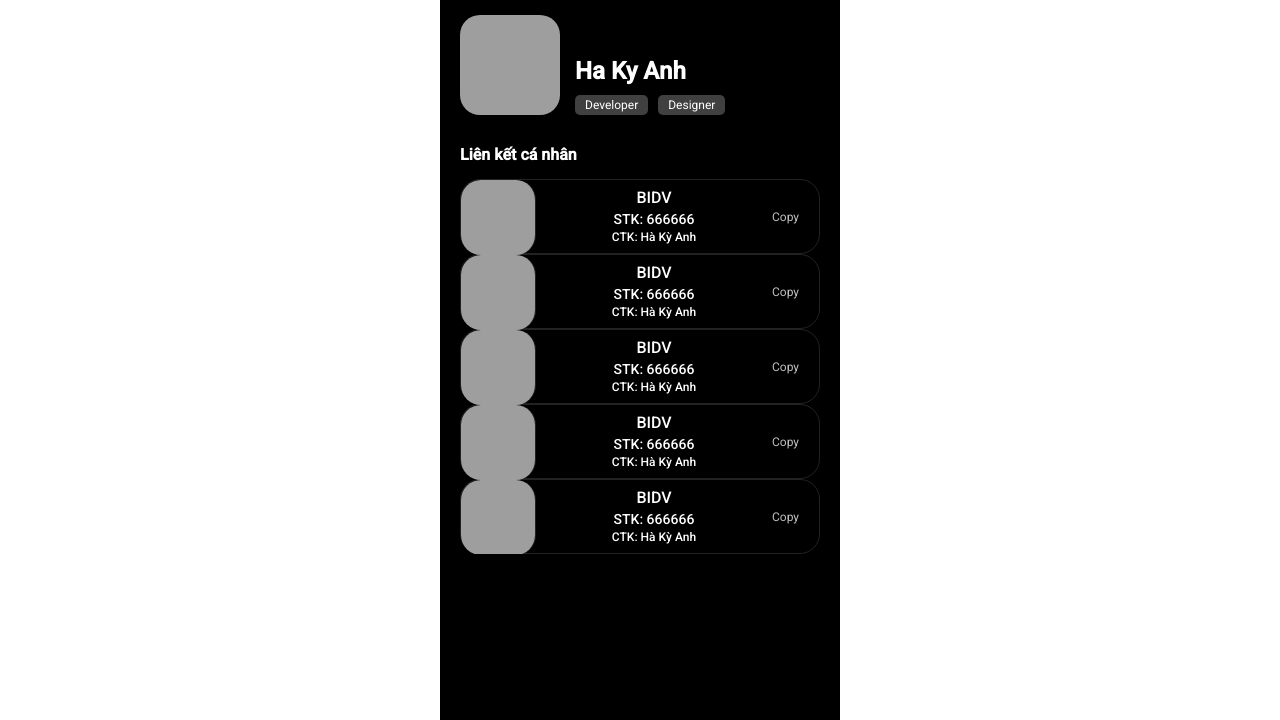
Repository: yzarc204/nguyen-tien-viet-hoang
Page: thong-tin-thanh-toan/index.html
These files come from the project's save history. The page is drawn as it stood at one moment and after the next save; the edit follows.
The browser window is 1280 px wide. The pictures show the whole page.
Pictures or frames that could not be fetched are drawn as grey boxes.

Above is the page before, as saved 2021-09-27 11:01:44.

### thong-tin-thanh-toan/index.html
<!DOCTYPE html>
<html lang="en">
<head>
    <meta charset="UTF-8">
    <meta http-equiv="X-UA-Compatible" content="IE=edge">
    <meta name="viewport" content="width=device-width, initial-scale=1.0">
    <title>Personal Card</title>
    <!-- Google Fonts -->
    <link rel="preconnect" href="https://fonts.googleapis.com">
    <link rel="preconnect" href="https://fonts.gstatic.com" crossorigin>
    <link href="https://fonts.googleapis.com/css2?family=Roboto:wght@300;400;500&display=swap" rel="stylesheet">
    <!-- CSS -->
    <link rel="stylesheet" href="./public/css/index.css">
</head>
<body>
    <div class="container">
        <div class="profile-header">
            <img alt="Avatar"
                src="https://source.unsplash.com/random"
                class="profile-avatar">
            <div class="profile-info">
                <h4 class="profile-name">Ha Ky Anh</h4>
                <div class="skills">
                    <div class="skill-tag">Developer</div>
                    <div class="skill-tag">Designer</div>
                </div>
            </div>
        </div>
        <h4 class="title">Liên kết cá nhân</h4>
        <div class="banks">
            <div class="bank">
                <img src="https://source.unsplash.com/random" class="bank-logo">
                <div class="bank-info">
                    <p class="bank-name">BIDV</p>
                    <p class="bank-number">STK: 666666</p>
                    <p class="bank-owner">CTK: Hà Kỳ Anh</p>
                </div>
                <span class="btn-copy">Copy</span>
            </div>
            <div class="bank">
                <img src="https://source.unsplash.com/random" class="bank-logo">
                <div class="bank-info">
                    <p class="bank-name">BIDV</p>
                    <p class="bank-number">STK: 666666</p>
                    <p class="bank-owner">CTK: Hà Kỳ Anh</p>
                </div>
                <span class="btn-copy">Copy</span>
            </div>
            <div class="bank">
                <img src="https://source.unsplash.com/random" class="bank-logo">
                <div class="bank-info">
                    <p class="bank-name">BIDV</p>
                    <p class="bank-number">STK: 666666</p>
                    <p class="bank-owner">CTK: Hà Kỳ Anh</p>
                </div>
                <span class="btn-copy">Copy</span>
            </div>
            <div class="bank">
                <img src="https://source.unsplash.com/random" class="bank-logo">
                <div class="bank-info">
                    <p class="bank-name">BIDV</p>
                    <p class="bank-number">STK: 666666</p>
                    <p class="bank-owner">CTK: Hà Kỳ Anh</p>
                </div>
                <span class="btn-copy">Copy</span>
            </div>
            <div class="bank">
                <img src="https://source.unsplash.com/random" class="bank-logo">
                <div class="bank-info">
                    <p class="bank-name">BIDV</p>
                    <p class="bank-number">STK: 666666</p>
                    <p class="bank-owner">CTK: Hà Kỳ Anh</p>
                </div>
                <span class="btn-copy">Copy</span>
            </div>
        </div>
    </div>
</body>
</html>

### thong-tin-thanh-toan/public/css/index.css
* {
    padding: 0;
    margin: 0;
    -webkit-box-sizing: border-box;
    font-family: 'Roboto', sans-serif;
}

body {
    width: 100%;
    overflow: hidden;
}

/* ===== CONTAINER ===== */
.container{
    width: 400px;
    height: 100vh;
    margin: 0 auto;
    padding: 15px 20px;
    overflow: hidden scroll;
    background: #000;
    color: #fff;
}
/* ===== PROFILE HEADER ===== */
.profile-header{
    width: 100%;
    display: flex;
    flex-wrap: wrap;
    margin-bottom: 30px;
}
.profile-avatar{
    width: 100px;
    height: 100px;
    object-fit: cover;
    object-position: center;
    border-radius: 20px;
}
.profile-info{
    margin-top: auto;
    padding: 0px 15px;
}
.profile-name{
    margin-bottom: 10px;
    font-size: 24px;
}
.skills{
    display: flex;
    flex-wrap: nowrap;
}
.skill-tag{
    padding: 3px 10px;
    margin-right: 10px;
    color: #fff;
    font-size: 12px;
    position: relative;
    display: none;
}
.skill-tag:before {
    content: "";
    position: absolute;
    top: 0;
    right: 0;
    bottom: 0;
    left: 0;
    background-color: currentColor;
    opacity: 0.25;
    border-radius: 5px;
}
.skill-tag:first-child {
    display: block;
}
.skill-tag:nth-child(2) {
    display: block;
}
/* ===== TITLE ===== */
.title{
    margin-bottom: 15px;
}
/* ===== BANKS ===== */
.banks {
    width: 100%;
    overflow: hidden;
    --size: 75px;
    --border-rounded: 20px;
}
.bank {
    width: 100%;
    height: var(--size);
    display: flex;
    border: 1px solid #222;
    border-radius: var(--border-rounded);
}
.bank-logo {
    width: var(--size);
    height: var(--size);
    border-right: 1px solid #222;
    border-radius: inherit;
}
.bank-info {
    flex: 1;
    text-align: center;
    padding: 10px 7.5px;
    display: flex;
    flex-direction: column;
    justify-content: space-between;
    align-items: center;
}
.bank-info > p {
    font-weight: 500;
    line-height: 1;
}
.bank-name{
    font-size: 16px;
}
.bank-number{
    font-size: 14px;
}
.bank-owner {
    font-size: 12px;
}
.btn-copy{
    font-size: 12px;
    height: fit-content;
    padding: 10px;
    position: relative;
    top: 50%;
    right: 10px;
    transform: translateY(-50%);
}
.btn-copy:before {
    content: "";
    position: absolute;
    top: 0;
    right: 0;
    bottom: 0;
    left: 0;
    background: #000;
    opacity: 0.25;
}

After the next save:
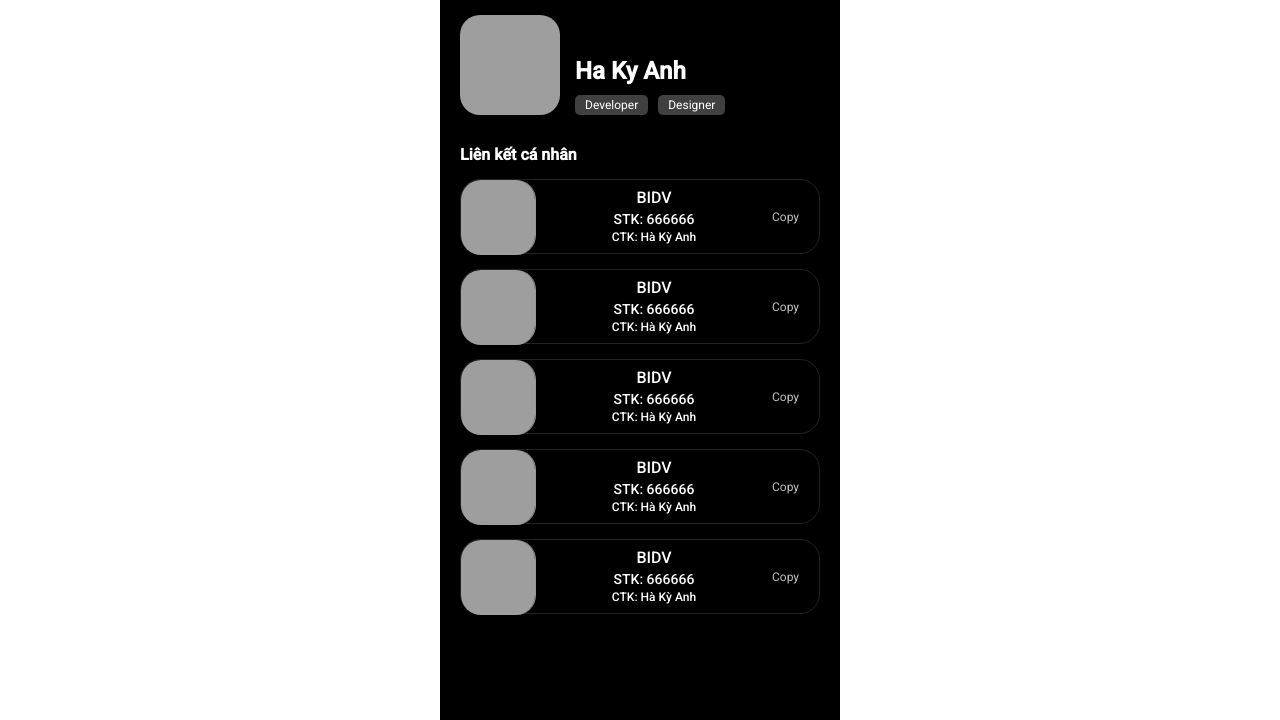
Saved 10 s later.
--- a/thong-tin-thanh-toan/public/css/index.css
+++ b/thong-tin-thanh-toan/public/css/index.css
@@ -85,6 +85,7 @@ body {
 .bank {
     width: 100%;
     height: var(--size);
+    margin-bottom: 15px;
     display: flex;
     border: 1px solid #222;
     border-radius: var(--border-rounded);
@@ -92,7 +93,7 @@ body {
 .bank-logo {
     width: var(--size);
     height: var(--size);
-    border-right: 1px solid #222;
+    border-right: 1px solid rgb(156, 150, 150);
     border-radius: inherit;
 }
 .bank-info {
